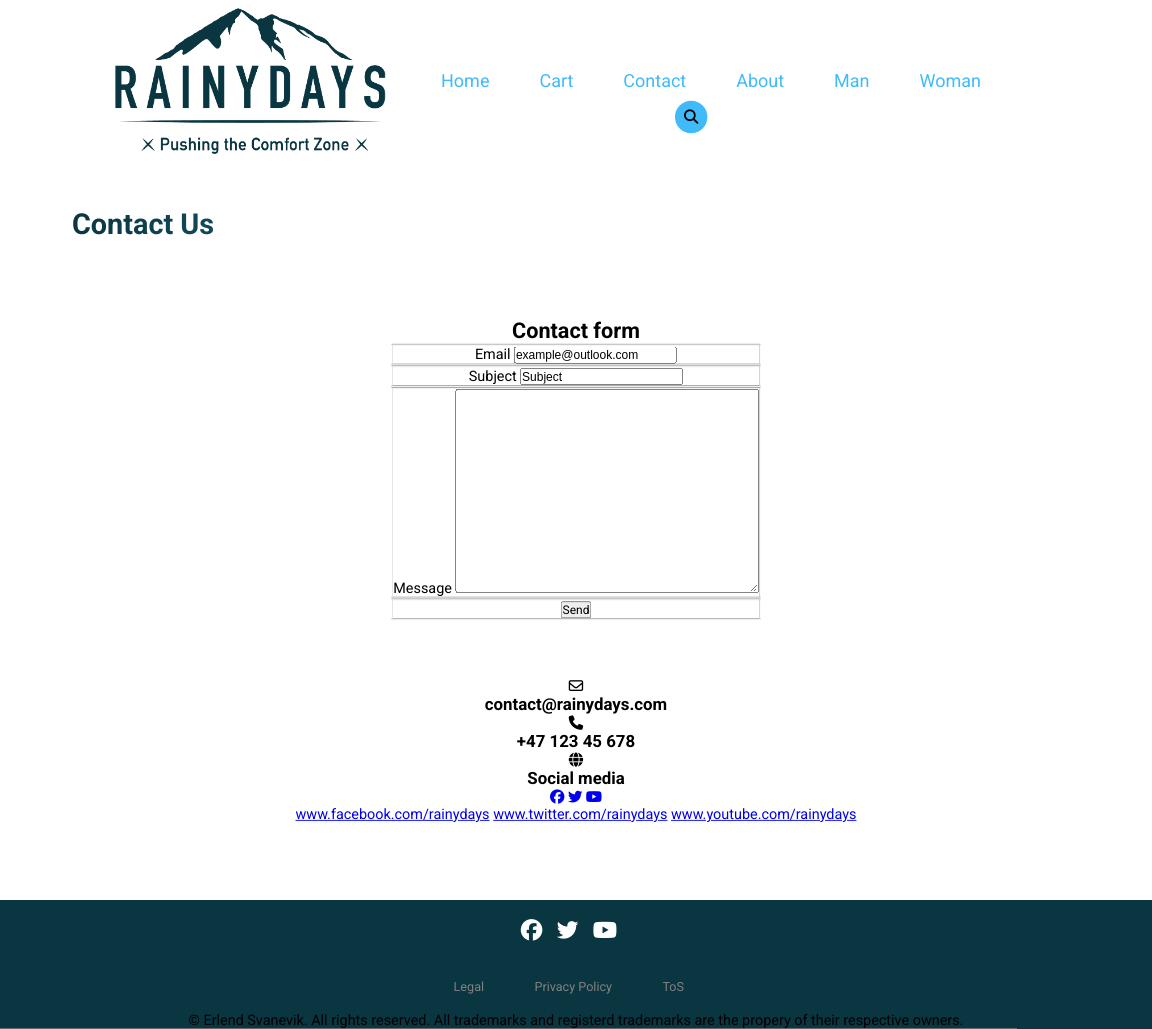
Repository: EpleWasTaken/RainyDays
Page: contact.html
These files come from the project's save history. The page is drawn as it stood at one moment and after the next save; the edit follows.
The browser window is 1280 px wide. The pictures show the whole page, at 90% of full size.
Some web libraries are served in a nearby version.

Above is the page before, as saved 2020-10-31 17:06:56.

### contact.html
<!DOCTYPE html>
<html lang="en">

<head>
  <title>Front Page</title>
  <meta charset="UTF-8">
  <meta name="viewport" content="width=device-width, initial-scale=1.0" />
  <link rel="stylesheet" href="https://fonts.googleapis.com/css2?family=Roboto:wght@400;700&display=swap" />
  <link rel="stylesheet" href="/css/styles.css" />
  <link rel="stylesheet" href="/css/footer.css" />
  <link rel="stylesheet" href="/css/contact.css" />
  <script src="https://kit.fontawesome.com/cafca22d75.js" crossorigin="anonymous"></script>
</head>

<body>
  <header>
    <div class="logo-container">
      <img src="./images/RainyDays_Logo.png" class="logo" alt="logo">
    </div>

    <nav>
      <ul class="nav-links">
        <li><a class="nav-link" href="index.html">Home</a></li>
        <li><a class="nav-link" href="cart.html">Cart</a></li>
        <li><a class="nav-link" href="contact.html">Contact</a></li>
        <li><a class="nav-link" href="about.html">About</a></li>
        <li><a class="nav-link" href="man.html">Man</a></li>
        <li><a class="nav-link" href="woman.html">Woman</a></li>
      </ul>
    </nav>
    <div class="search-box">
      <input class="search-txt" type="text" name="" placeholder="Type to search..." <a class="search-btn" href="#0">
      <i class="fas fa-search"></i>
      </a>
    </div>
  </header>
  <main>
    <h1>Contact Us</h1>
    <section class="contact-container">
      <section class="contact-form">
        <h2>Contact form</h2>
        <form action="submit.php" method="GET">
          <fieldset class="email">
            <label for="email">Email</label>
            <input type="email" name="email" placeholder="example@outlook.com">
          </fieldset>
          <fieldset class="subject">
            <label for="subject">Subject</label>
            <input type="subject" name="subject" placeholder="Subject">
          </fieldset>
          <fieldset class="message">
            <label for="message">Message</label>
            <textarea name="message" id="message" cols="40" rows="15"></textarea>
          </fieldset>
          <fieldset class="submit">
            <button class="btn-submit">Send</button>
          </fieldset>
        </form>
    </section>
    <section class="other-contacts">
      <div class="email">
        <i class="far fa-envelope"></i>
        <h3>contact@rainydays.com</h3>
      </div>
      <div class="phone">
        <i class="fas fa-phone"></i>
        <h3>+47 123 45 678</h3>
      </div>
      <div class="social-media">
        <i class="fas fa-globe"></i>
        <h3>Social media</h3>
        <div class="social-media-icons">
          <a href="#0"><i class="fab fa-facebook"></i></a>
          <a href="#0"><i class="fab fa-twitter"></i></a>
          <a href="#0"><i class="fab fa-youtube"></i></a>
        </div>
      </div>
      <div class="social-media-links">
        <a href="#0">www.facebook.com/rainydays</a>
        <a href="#0">www.twitter.com/rainydays</a>
        <a href="#0">www.youtube.com/rainydays</a>
      </div>
    </section>
  </main>
  <footer class="footer">
    <div class="footer-container">
      <ul class="footer-social">
        <li>
          <a href="#0" class="facebook"><i class="fab fa-facebook"></i></a>
        </li>
        <li>
          <a href="#0" class="twitter"><i class="fab fa-twitter"></i></a>
        </li>
        <li>
          <a href="#0" class="youtube"><i class="fab fa-youtube"></i></a>
        </li>
      </ul>
    </div>
    <div class="footer-container">
      <div class="footer-legal">
        <a href="#0">Legal</a>
        <a href="#0">Privacy Policy</a>
        <a href="#0">ToS</a>
      </div>
      <div class="footer-copyright">
        &copy; Erlend Svanevik. All rights reserved. All trademarks and registerd trademarks are the propery of
        their respective owners.
      </div>
  </footer>
</body>

</html>

### css/styles.css
* {
	margin: 0;
	padding: 0;
	box-sizing: border-box;
}

body {
	font-family: "Roboto", sans-serif;
}

button {
	font-family: "Roboto", sans-serif;
}

header {
	display: flex;
	width: 80%;
	height: 25vh;
	margin: auto;
	align-items: center;
}

.logo-container,
.nav-links,
.search {
	display: flex;
}

.logo-container {
	flex: 1;
}

.logo {
	width: 300px;
}

nav {
	display: flex;
	flex: 4;
	justify-content: center;
	align-items: center;
	margin: auto;
}

.nav-links {
	justify-content: space-between;
	list-style: none;
	height: 30px;
	align-items: center;
	width: 600px;
}

.nav-link {
	display: flex;
	color: #40baf9;
	font-size: 20px;
	text-decoration: none;
}

.search {
	flex: 1;
	justify-content: flex-end;
}

.presentation {
	display: flex;
	width: 80%;
	margin: auto;
	min-height: 80vh;
	align-items: center;
}

.introduction {
	flex: 1;
}

.slogan-text {
	font-size: 30px;
	font-weight: 500;
	background: linear-gradient(to right, #0a3641, #40baf9);
	-webkit-background-clip: text;
	-webkit-text-fill-color: transparent;
}

.slogan-text p {
	margin: 5px;
	font-size: 22px;
	color: grey;
}

.cta {
	padding: 50px 50px 0px 0px;
}

.cta-col {
	border: 2px solid #0a3641;
	background: transparent;
	color: #0a3641;
	width: 150px;
	height: 50px;
	cursor: pointer;
	font-size: 20px;
}

.cta-view {
	background: #0a3641;
	width: 150px;
	height: 50px;
	cursor: pointer;
	font-size: 20px;
	border: none;
	color: white;
	margin: 30px 0px 0px 30px;
}

.cover {
	flex: 1;
}

.cover img {
	height: 60vh;
}

/* SEARCHBAR */

.search-box {
	position: absolute;
	top: 18%;
	left: 60%;
	transform: translate(-50%, -50%);
	background: #40baf9;
	height: 36px;
	border-radius: 40px;
	padding: 10px;
	display: flex;
	justify-content: center;
	align-items: center;
}

.search-txt {
	border: none;
	background: none;
	outline: none;
	float: left;
	padding: 0;
	color: black;
	font-size: 16px;
	transition: 0.4s;
	line-height: 40px;
	width: 0px;
}

.search-box:hover > .search-txt {
	width: 240px;
	padding: 0 6px;
}

::placeholder {
	color: black;
}

.search-btn {
	color: #0a3641;
	float: right;
	width: 40px;
	height: 40px;
	border-radius: 50%;
}

.search-btn i {
	cursor: pointer;
}

@media screen and (max-width: 1024px) {
	.presentation {
		flex-direction: column;
	}

	.introduction {
		margin-top: 5vh;
		text-align: center;
	}

	.slogan-text h1 {
		font-size: 30px;
	}

	.slogan-text p {
		font-size: 18px;
	}

	.cta {
		padding: 10px 0px 20px 0px;
	}

	.logo {
		width: 270px;
	}

	.search-box {
		top: 18%;
		left: 70%;
		transform: none;
		width: 240px;
	}

	.nav-links {
		width: 400px;
	}
}

### css/footer.css
/* FOOTER */

footer {
	display: flex;
	flex-direction: column;
	justify-content: center;
	align-items: center;
	background-color: #0a3641;
	position: relative;
	bottom: 0;
	left: 0;
	right: 0;
}

.footer-social {
	display: flex;
	align-items: center;
	justify-content: center;
	list-style: none;
	padding: 20px;
	font-size: 1.5rem;
}

.footer-social li {
	margin-right: 1rem;
}

.footer-social a {
	text-decoration: none;
	color: white;
}

.footer-social li a.facebook:hover {
	color: #3b5998;
}

.footer-social li a.twitter:hover {
	color: #00acee;
}

.footer-social li a.youtube:hover {
	color: #c4302b;
}

.footer-legal {
	display: flex;
	justify-content: center;
	align-items: center;
	font-size: 2rem;
}

.footer-legal a {
	color: grey;
	text-decoration: none;
	margin-right: 1rem;
	font-size: 14px;
	padding: 20px;
}

.footer-legal a:hover {
	color: white;
}

.footer-copyright p {
	display: flex;
	text-decoration: none;
	margin-right: 1rem;
	font-size: 14px;
	padding: 20px;
}

/* MEDIA QUERIES */

@media screen and (max-with: 1024px) {
	footer .footer_container {
		flex-direction: row;
	}

	footer .footer_container.flex {
		display: unset;
	}

	.footer-container {
	}
}

### css/contact.css
* {
	margin: 0;
	padding: 0;
	box-sizing: inherit;
}

html {
	font-family: "Roboto", sans-serif;
	box-sizing: border-box;
}

main {
	padding-top: 50px;
	margin-left: 5rem;
	padding-right: 5rem;
}

main h1 {
	background: linear-gradient(to right, #0a3641, #40baf9);
	-webkit-background-clip: text;
	-webkit-text-fill-color: transparent;
	font-size: 2rem;
}

.contact-container {
	display: grid;
	grid-template-columns: 1fr;
	gap: 4rem 2rem;
	margin: 5%;
}

section.contact-container {
	display: flex;
	flex-direction: column;
	justify-content: space-between;
	text-align: center;
	height: 100%;
	padding: 30px;
}

section.contact-container .email,
section.contact-container .subject {
	font-size: 1rem;
}

section.contact-form {
	display: flex;
	flex-direction: column;
	align-items: center;
}

section .subject {
}

fieldset.message label {
}

fieldset {
	width: 100%;
}

@media screen and (max-width: 1024px) {
	.contact-container {
		grid-template-columns: 2fr 3fr;
	}
}

After the next save:
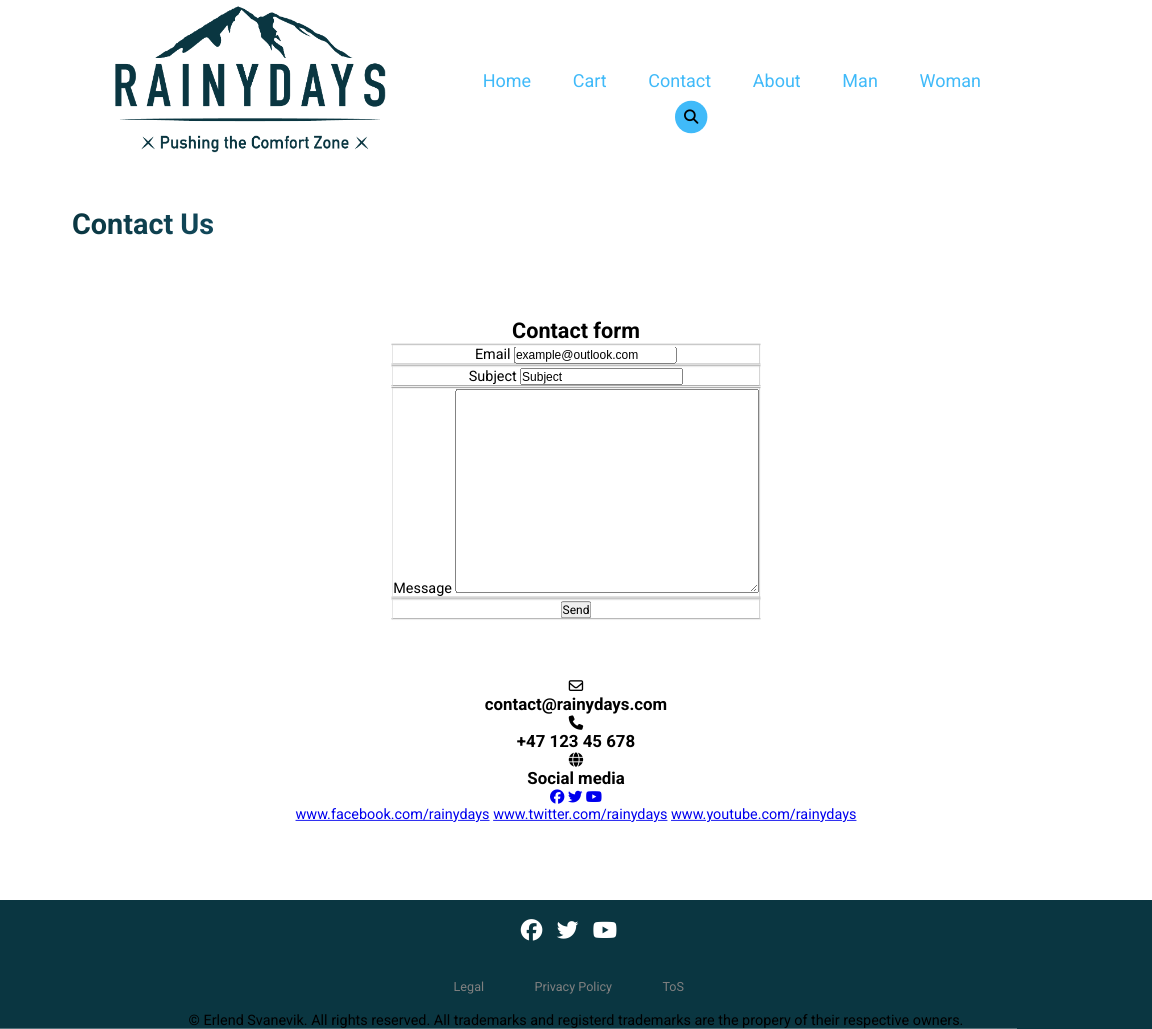
Saved 80 s later.
--- a/contact.html
+++ b/contact.html
@@ -15,6 +15,7 @@
 <body>
   <header>
     <div class="logo-container">
+      <a href="index.html">
       <img src="./images/RainyDays_Logo.png" class="logo" alt="logo">
     </div>
 
